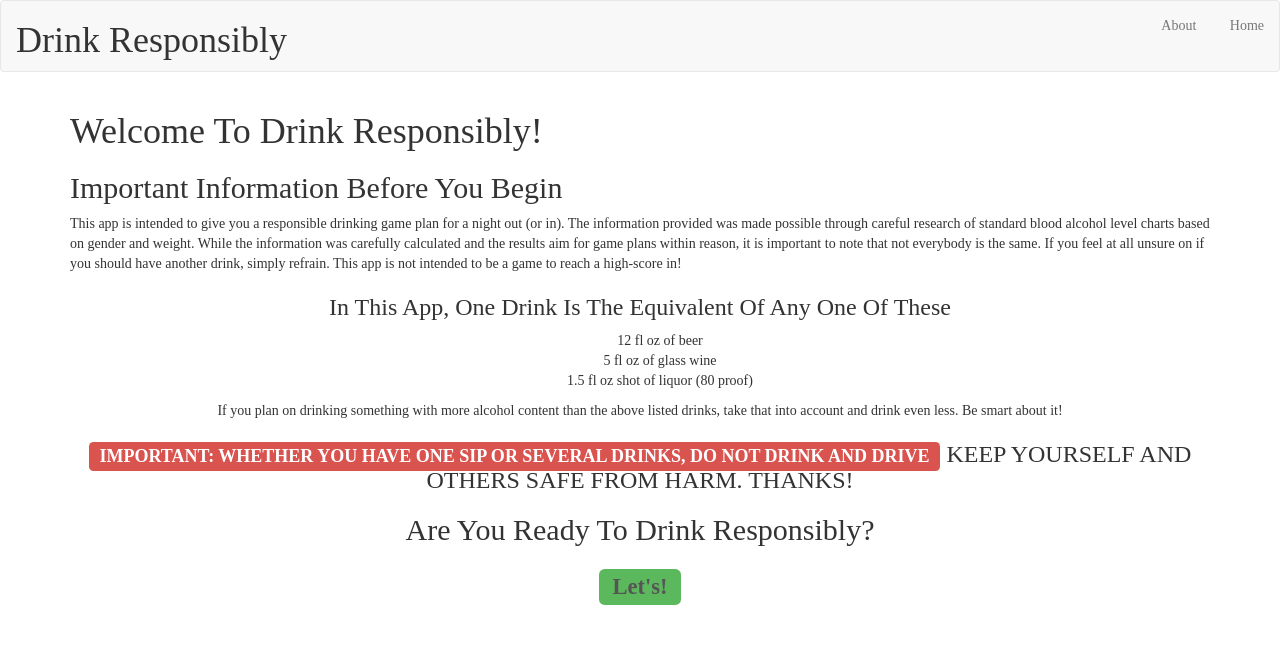
Repository: NatNat180/DrinkResponsibly
Page: http://localhost/DrinkResponsibly/
The author's editor kept a copy of each file at every save. The page is drawn from the files as they stood at one save, then again after the next save.
The browser window is 1280 px wide. The pictures show the whole page.
Some web fonts or font styles are not loaded; a fallback is used. The page is served by Tomcat 9.

Above is the page before, as saved 2016-04-07 16:44:50.

After the next save:
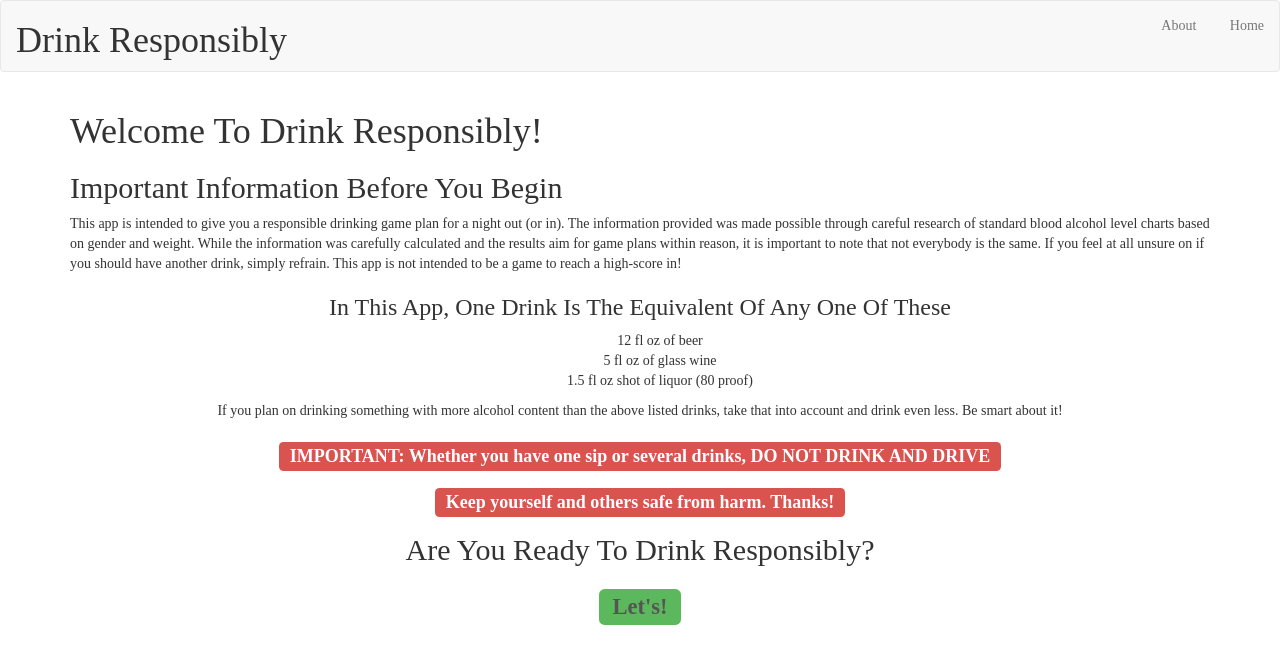
Saved 89 s later.
--- a/DrinkResponsibly/WebContent/WEB-INF/about.jsp
+++ b/DrinkResponsibly/WebContent/WEB-INF/about.jsp
@@ -30,8 +30,8 @@
 		</ul>
 	<p>If you plan on drinking something with more alcohol content than the above
 	listed drinks, take that into account and drink even less. Be smart about it!</p>
-	<h3><span class="label label-danger">IMPORTANT: WHETHER YOU HAVE ONE SIP OR SEVERAL DRINKS, DO NOT DRINK AND DRIVE</span>
-	KEEP YOURSELF AND OTHERS SAFE FROM HARM. THANKS!</h3>
+	<h3><span class="label label-danger">IMPORTANT: Whether you have one sip or several drinks, DO NOT DRINK AND DRIVE</span></h3>
+	<h3><span class="label label-danger">Keep yourself and others safe from harm. Thanks!</span></h3>
 <h2>Are You Ready To Drink Responsibly?</h2>
 	<h2><span class="label label-success"><a href="form">Let's!</a></span></h2>
 </div><!-- end text center -->
